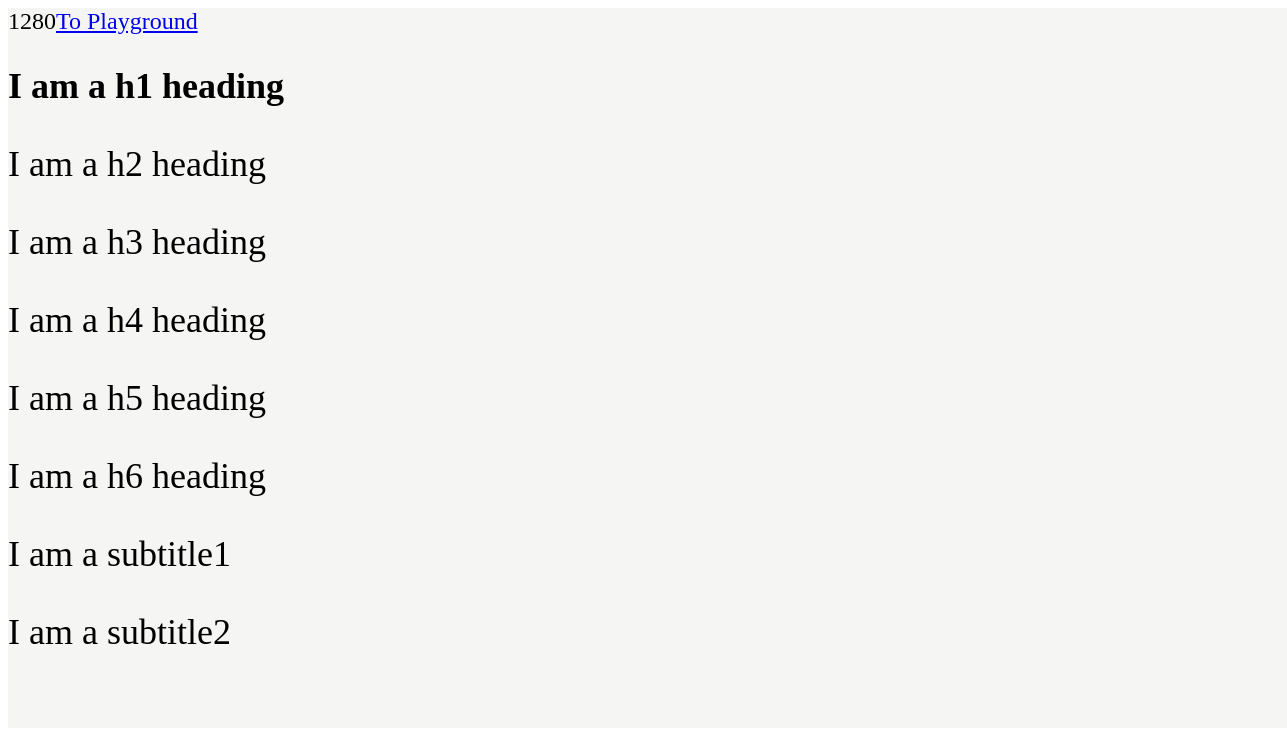
Repository: Terrycoco/coco-playground-starter
Page: /
The author's editor kept a copy of each file at every save. The page is drawn from the files as they stood at one save, then again after the next save.
The browser window is 1280 px wide. The page is 1287 px wide, so the pictures cover 1287 px, including what lies to the right of the window. The pictures show the whole page.
Some web fonts or font styles are not loaded; a fallback is used. The project was rebuilt for these pictures with package versions that can differ from the ones it lists, and the page was loaded fresh each time. The framework's server and built-in components were replaced by stand-ins that run in the browser. Also part of the build but not shown: next.config.js, src/dev/components/dropdowns/ColorDropdown.js, src/dev/components/dropdowns/FontDropdown.js, src/dev/components/dropdowns/Dropdown.js.

Above is the page before, as saved 2023-02-16 14:17:50.

### src/pages/_app.js
import "@/styles/globals.css";
import Head from "next/head";
import { ThemeProvider, ViewportProvider } from "@/context";
import "../libraries/fontawesome";
import { fontVariables } from "@/utils/fonts";
import CSSVariables from "@/styles/CSSVariables";

export default function App({ Component, pageProps }) {
  return (
    <div className={fontVariables}>
      <ViewportProvider>
        <ThemeProvider key="themeprovider">
          <CSSVariables>
            <Head>
              <meta
                name="viewport"
                content="width=device-width, initial-scale=1.0"
              />
            </Head>

            <Component {...pageProps} />
          </CSSVariables>
        </ThemeProvider>
      </ViewportProvider>
    </div>
  );
}

### src/pages/index.js
import Head from "next/head";
import Image from "next/image";
import { Inter } from "@next/font/google";
import Link from "next/link";
import Page from "@/components/layout/Page";
//import styles from "@/styles/Home.module.css";

import { ColorDropdown } from "@/dev/components/dropdowns";

const inter = Inter({ subsets: ["latin"] });

export default function Home() {
  return (
    <>
      <Head>
        <title>Create Next App</title>
        <meta name="description" content="Generated by create next app" />
        <meta name="viewport" content="width=device-width, initial-scale=1" />
        <link rel="icon" href="/favicon.ico" />
      </Head>
      <main>
        <Page>
          <Link
            type="button"
            className="inline-block px-6 py-2.5 bg-blue-600 text-white font-medium text-xs leading-tight uppercase rounded shadow-md hover:bg-blue-700 hover:shadow-lg focus:bg-blue-700 focus:shadow-lg focus:outline-none focus:ring-0 active:bg-blue-800 active:shadow-lg transition duration-150 ease-in-out"
            href="/playground"
          >
            To Playground
          </Link>
          <section style={{ maxWidth: "600px" }}>
            <h1 key={Math.random()} elem="h1">
              I am a h1 heading
            </h1>

            <p key={Math.random()} elem="h2">
              I am a h2 heading
            </p>
            <p key={Math.random()} elem="h3">
              I am a h3 heading
            </p>
            <p key={Math.random()} elem="h4">
              I am a h4 heading
            </p>

            <p key={Math.random()} elem="h5">
              I am a h5 heading
            </p>
            <p key={Math.random()} elem="h6">
              I am a h6 heading
            </p>
            <p key={Math.random()} elem="subtitle1">
              I am a subtitle1
            </p>
            <p key={Math.random()} elem="subtitle2">
              I am a subtitle2
            </p>
          </section>
        </Page>
      </main>
    </>
  );
}

### src/styles/globals.css
:root {
  font-size: calc(1em * var(--text-multiplier, 1));
}

p {
  font-size: calc(1em * var(--text-multiplier, 1));
}

@media (min-width: 480px) {
  :root {
    --text-multiplier: 1.25;
  }
}

@media (min-width: 640px) {
  :root {
    --text-multiplier: 1.5;
  }
}

/* :root {
  --max-width: 1100px;
  --border-radius: 12px;
  --font-mono: ui-monospace, Menlo, Monaco, "Cascadia Mono", "Segoe UI Mono",
    "Roboto Mono", "Oxygen Mono", "Ubuntu Monospace", "Source Code Pro",
    "Fira Mono", "Droid Sans Mono", "Courier New", monospace;

  --foreground-rgb: 0, 0, 0;
  --background-start-rgb: 214, 219, 220;
  --background-end-rgb: 255, 255, 255;

  --primary-glow: conic-gradient(
    from 180deg at 50% 50%,
    #16abff33 0deg,
    #0885ff33 55deg,
    #54d6ff33 120deg,
    #0071ff33 160deg,
    transparent 360deg
  );
  --secondary-glow: radial-gradient(
    rgba(255, 255, 255, 1),
    rgba(255, 255, 255, 0)
  );

  --tile-start-rgb: 239, 245, 249;
  --tile-end-rgb: 228, 232, 233;
  --tile-border: conic-gradient(
    #00000080,
    #00000040,
    #00000030,
    #00000020,
    #00000010,
    #00000010,
    #00000080
  );

  --callout-rgb: 238, 240, 241;
  --callout-border-rgb: 172, 175, 176;
  --card-rgb: 180, 185, 188;
  --card-border-rgb: 131, 134, 135;
}

@media (prefers-color-scheme: dark) {
  :root {
    --foreground-rgb: 255, 255, 255;
    --background-start-rgb: 0, 0, 0;
    --background-end-rgb: 0, 0, 0;

    --primary-glow: radial-gradient(rgba(1, 65, 255, 0.4), rgba(1, 65, 255, 0));
    --secondary-glow: linear-gradient(
      to bottom right,
      rgba(1, 65, 255, 0),
      rgba(1, 65, 255, 0),
      rgba(1, 65, 255, 0.3)
    );

    --tile-start-rgb: 2, 13, 46;
    --tile-end-rgb: 2, 5, 19;
    --tile-border: conic-gradient(
      #ffffff80,
      #ffffff40,
      #ffffff30,
      #ffffff20,
      #ffffff10,
      #ffffff10,
      #ffffff80
    );

    --callout-rgb: 20, 20, 20;
    --callout-border-rgb: 108, 108, 108;
    --card-rgb: 100, 100, 100;
    --card-border-rgb: 200, 200, 200;
  }
}

* {
  box-sizing: border-box;
  padding: 0;
  margin: 0;
}

html,
body {
  max-width: 100vw;
  overflow-x: hidden;
}

body {
  color: rgb(var(--foreground-rgb));
  background: linear-gradient(
      to bottom,
      transparent,
      rgb(var(--background-end-rgb))
    )
    rgb(var(--background-start-rgb));
}

a {
  color: inherit;
  text-decoration: none;
}

@media (prefers-color-scheme: dark) {
  html {
    color-scheme: dark;
  }
} */

### src/context/index.js
import { ThemeProvider } from "./ThemeContext";
import { ViewportProvider } from "./ViewportContext";

module.exports = { ThemeProvider, ViewportProvider };

### src/libraries/fontawesome.js
// import the library
import { library, config } from "@fortawesome/fontawesome-svg-core";

//import your icons
import { faSquare } from "@fortawesome/free-solid-svg-icons";

config.autoAddCss = false;

library.add(
  faSquare
  // more icons go here
);

### src/utils/fonts.js
import { toCamelCase, isOneOf } from "@/utils/strings";

//import from @next/font
import {
  Raleway,
  Inter,
  Space_Mono,
  Playfair_Display,
  Nunito,
  Rubik,
  Work_Sans,
  Quicksand,
  Karla,
  Josefin_Sans,
  //Noto_Sans_Bengali,
  Lora,
  Bitter,
  Roboto_Serif,
  //Noto_Serif_Bengali,
  // Noto_Sans_Display,
  // Noto_Serif_Display,
  Roboto_Mono,
  Comfortaa,
  Open_Sans,
  Oleo_Script,
  Sansita_Swashed,
  Roboto_Flex,
  Montserrat,
} from "@next/font/google";

//load each font (must do this manually UNFORTUNATELY!!!!)
const raleway = Raleway({
  subsets: ["latin"],
  variable: "--font-raleway",
});
const inter = Inter({
  subsets: ["latin"],
  variable: "--font-inter",
});
const spaceMono = Space_Mono({
  subsets: ["latin"],
  variable: "--font-space-mono",
  weight: "400",
});
const playfairDisplay = Playfair_Display({
  subsets: ["latin"],
  variable: "--font-playfair-display",
});
const nunito = Nunito({
  subsets: ["latin"],
  variable: "--font-nunito",
});
const rubik = Rubik({
  subsets: ["latin"],
  variable: "--font-rubik",
});
const workSans = Work_Sans({
  subsets: ["latin"],
  variable: "--font-work-sans",
});
const quicksand = Quicksand({
  subsets: ["latin"],
  variable: "--font-quicksand",
});
const karla = Karla({
  subsets: ["latin"],
  variable: "--font-karla",
});
const josefinSans = Josefin_Sans({
  subsets: ["latin"],
  variable: "--font-josefin-sans",
});
// const notoSansBengali = Noto_Sans_Bengali({
//   subsets: ["latin"],
//   variable: "--font-noto-sans-bengali",
// });
const lora = Lora({
  subsets: ["latin"],
  variable: "--font-lora",
});
const bitter = Bitter({
  subsets: ["latin"],
  variable: "--font-bitter",
});
const robotoSerif = Roboto_Serif({
  subsets: ["latin"],
  variable: "--font-roboto-serif",
});
// const notoSerifBengali = Noto_Serif_Bengali({
//   subsets: ["latin"],
//   variable: "--font-noto-serif-bengali",
// });

// const notoSansDisplay = Noto_Sans_Display({
//   subsets: ["latin"],
//   variable: "--font-noto-sans-display",
// });
// const notoSerifDisplay = Noto_Serif_Display({
//   subsets: ["latin"],
//   variable: "--font-noto-serif-display",
// });
const robotoMono = Roboto_Mono({
  subsets: ["latin"],
  variable: "--font-roboto_mono",
});
const comfortaa = Comfortaa({
  subsets: ["latin"],
  variable: "--font-comfortaa",
});
const openSans = Open_Sans({
  subsets: ["latin"],
  variable: "--font-open_sans",
});
const oleoScript = Oleo_Script({
  subsets: ["latin"],
  variable: "--font-oleo-script",
  weight: "400",
});
const sansitaSwashed = Sansita_Swashed({
  subsets: ["latin"],
  variable: "--font-sansita-swashed",
});
const robotoFlex = Roboto_Flex({
  subsets: ["latin"],
  variable: "--font-roboto-flex",
});
const montserrat = Montserrat({
  subsets: ["latin"],
  variable: "--font-montserrat",
});

//add the result to font list so we can access
const fonts = {
  raleway: {
    category: ["sans"],
    name: "Raleway",
    config: raleway,
  },
  inter: {
    category: ["sans"],
    name: "Inter",
    config: inter,
  },
  spaceMono: {
    category: ["mono"],
    name: "Space Mono",
    config: spaceMono,
  },
  playfairDisplay: {
    category: ["display"],
    name: "Playfair Display",
    config: playfairDisplay,
  },

  nunito: {
    category: ["sans"],
    name: "Nunito",
    config: nunito,
  },

  rubik: {
    category: ["sans"],
    name: "Rubik",
    config: rubik,
  },

  workSans: {
    category: ["sans"],
    name: "Work Sans",
    config: workSans,
  },
  quicksand: {
    category: ["sans"],
    name: "Quicksand",
    config: quicksand,
  },

  karla: {
    category: ["sans"],
    name: "Karla",
    config: karla,
  },
  josefinSans: {
    category: ["sans"],
    name: "Josefin Sans",
    config: josefinSans,
  },
  // notoSansBengali: {
  //   category: ["sans"],
  //   name: "Noto Sans Bengali",
  //   config: notoSansBengali,
  // },
  lora: {
    category: ["serif"],
    name: "Lora",
    config: lora,
  },
  bitter: {
    category: ["serif"],
    name: "Bitter",
    config: bitter,
  },
  robotoSerif: {
    category: ["serif"],
    name: "Roboto Serif",
    config: robotoSerif,
  },

  // notoSerifBengali: {
  //   category: ["serif"],
  //   name: "Noto Serif Bengali",
  //   config: notoSerifBengali,
  // },
  // notoSansDisplay: {
  //   category: ["display"],
  //   name: "Noto Sans Display",
  //   config: notoSansDisplay,
  // },
  // notoSerifDisplay: {
  //   category: ["display"],
  //   name: "Noto Serif Display",
  //   config: notoSerifDisplay,
  // },
  robotoMono: {
    category: ["mono"],
    name: "Roboto Mono",
    config: robotoMono,
  },
  comfortaa: {
    category: ["display"],
    name: "Comfortaa",
    config: comfortaa,
  },
  openSans: {
    category: ["display", "sans"],
    name: "Open Sans",
    config: openSans,
  },
  oleoScript: {
    category: ["display", "special"],
    name: "Oleo Script",
    config: oleoScript,
  },
  sansitaSwashed: {
    category: ["display", "special"],
    name: "Sansita Swashed",
    config: sansitaSwashed,
  },
  robotoFlex: {
    category: ["sans", "display", "special"],
    name: "Roboto Flex",
    config: robotoFlex,
  },
  montserrat: {
    category: ["sans", "display", "special"],
    name: "Montserrat",
    config: montserrat,
  },
};

//just return variables for use in _app (dev only)
const allFontVariables = () => {
  let result = ` `;
  for (const font in fonts) {
    result += `${fonts[font].config.variable} `;
  }
  return result;
};

//just return variables for use in _app (dev only)
const allFontClassNames = () => {
  let result = ` `;
  for (const font in fonts) {
    result += `${fonts[font].config.className} `;
  }
  return result;
};

const getFontsByCategory = () => {
  let result = {
    sans: [],
    serif: [],
    display: [],
    mono: [],
    special: [],
  };

  const fontKeys = Object.keys(fonts);

  fontKeys.forEach((fontkey) => {
    let fontObj = fonts[fontkey];

    for (const cat in fontObj.category) {
      let category = fontObj.category[cat];

      result[category].push(fontObj.name);
    }
  });

  result.sans.sort();
  result.serif.sort();
  result.display.sort();
  result.mono.sort();
  result.special.sort();
  // console.log("font list:", result);
  return result;
};

const getFontByName = (name) => {
  let varname = name.replace(" ", "");
  let key = varname[0].toLowerCase() + varname.substring(1);
  let obj = fonts[key];
  return obj;
};

const getFontClassName = (name) => {
  let obj = getFontByName(name);
  if (typeof obj === "object") {
    console.log(name, " classname:", obj.config.className);
    return obj.config.className;
  } else {
    return "";
  }
};

const getFontVariable = (name) => {
  let str = name.replaceAll(" ", "-").toLowerCase();
  return `var(--font-${str})`;
};

const getFontNameFromVar = (variable = "") => {
  if (variable.length === 0) return;
  let str = variable.slice(11, variable.length - 1);

  // TODO: futureproof list of theme categories
  if (isOneOf(str, ["body", "display", "special", "mono"])) {
    return str;
  }

  let words = str.split("-");
  words = words.map((word) => {
    return word[0].toUpperCase() + word.substring(1);
  });

  return words.join(" ");
};

const fontVariables = allFontVariables();
const fontClassNames = allFontClassNames();

export {
  getFontsByCategory,
  fontVariables,
  fontClassNames,
  fonts,
  getFontByName,
  getFontClassName,
  getFontVariable,
  getFontNameFromVar,
};

### src/styles/CSSVariables.js
//to create global CSS variables dependent on Theme
import styled from "styled-components";
import { useTheme } from "@/hooks";
import { fontVariables, getFontVariable } from "@/utils/fonts";

//TODO MAKE THIS DYNAMIC LOADING OF FONT CATEGORIES?
const Vars = styled.div`
  --font-body: ${(props) => props.theme.fonts.body};
  --font-display: ${(props) => props.theme.fonts.display};
  --font-special: ${(props) => props.theme.fonts.special};
  --font-mono: ${(props) => props.theme.fonts.mono};
  --clr-primary: ${(props) => props.theme.colors.primary};
  --clr-blackish75: ${(props) => props.theme.colors.blackish75};
`;

const CSSVariables = (props) => {
  const { theme } = useTheme();
  return <Vars theme={theme}>{props.children}</Vars>;
};

export default CSSVariables;

### src/components/layout/Page.js
import styled from "styled-components";
import { useTheme, useViewport } from "@/hooks";

let StyledPage = styled.div`
  min-height: 100vh;
  width: calc(100vw - 1px);
  overflow-x: hidden;
  overflow-y: auto;
  z-index: 0;
  background-color: white;
`;

const Page = (props) => {
  const { theme } = useTheme();
  const { width } = useViewport();
  const breakpoint = 620;

  return (
    <StyledPage
      style={theme.layout.page}
      {...props}
      onClick={(e) =>
        props.onClick ? props.onClick(e, "layout", "page") : null
      }
    >
      {width}
      {props.children}
    </StyledPage>
  );
};

export default Page;

### src/dev/components/dropdowns/index.js
import ColorDropdown from "./ColorDropdown";
import FontDropdown from "./FontDropdown";
import Dropdown from "./Dropdown";

module.exports = { ColorDropdown, FontDropdown, Dropdown };

### src/context/ThemeContext.js
import { createContext, useState, useContext } from "react";
import { initVariants } from "@/dev/utils/colorUtils";
import { currentTheme as mytheme } from "@/themes";

//create context object with defaults
export const ThemeContext = createContext({
  theme: {},
  setTheme: () => {},
});

//export Provider
export function ThemeProvider(props) {
  const setTheme = (theme) => {
    setState({ ...state, theme: theme });
  };
  const initState = {
    theme: initVariants(mytheme),
    setTheme: setTheme,
  };

  const [state, setState] = useState(initState);
  // console.log("initialTheme: , ", state);
  return (
    <ThemeContext.Provider value={state}>
      {props.children}
    </ThemeContext.Provider>
  );
}

//export useContext hook
export function useTheme() {
  return useContext(ThemeContext);
}

### src/context/ViewportContext.js
import { useContext, createContext, useState, useEffect } from "react";

export const viewportContext = createContext({});

export const ViewportProvider = ({ children }) => {
  const [width, setWidth] = useState(0); //avoid window not defined error

  const handleWindowResize = () => {
    setWidth(window.innerWidth);
  };

  useEffect(() => {
    //lets set initial size here
    setWidth(window.innerWidth);
    //and listen for changes
    window.addEventListener("resize", handleWindowResize);

    return () => window.removeEventListener("resize", handleWindowResize);
  }, []);

  return (
    <viewportContext.Provider value={{ width }}>
      {children}
    </viewportContext.Provider>
  );
};

export const useViewport = () => {
  const { width } = useContext(viewportContext);
  return { width };
};

### src/utils/strings.js
export function toCamelCase(str) {
  return str
    .split(" ")
    .map(function (word, index) {
      // If it is the first word make sure to lowercase all the chars.
      if (index == 0) {
        return word.toLowerCase();
      }
      // If it is not the first word only upper case the first char and lowercase the rest.
      return word.charAt(0).toUpperCase() + word.slice(1).toLowerCase();
    })
    .join("");
}

export function isOneOf(yourString, arrayToSearch) {
  return arrayToSearch.some((substring) => yourString.includes(substring));
}

### src/hooks/index.js
import useTheme from "@/hooks/useTheme";
import useViewport from "@/hooks/useViewport";

module.exports = { useTheme, useViewport };

### src/dev/utils/colorUtils.js
const getPctOfHex = (hex, pct) => {
  //incoming pct is pct opacity of orig color
  let inverted = 100 - pct;
  //convert incoming to hsl
  let hsl = hexToHSL(hex);

  //current lightness is 0%;
  let currentLightPct = hsl.l;
  let remainingLightPct = 100 - currentLightPct;
  let onepct = remainingLightPct / 100;
  let desiredPct = onepct * inverted + currentLightPct;
  let result = HSLToHex(hsl.h, hsl.s, desiredPct);
  return result;
};

function hexToHSL(H) {
  // Convert hex to RGB first
  let r = 0,
    g = 0,
    b = 0;
  if (H.length == 4) {
    r = "0x" + H[1] + H[1];
    g = "0x" + H[2] + H[2];
    b = "0x" + H[3] + H[3];
  } else if (H.length == 7) {
    r = "0x" + H[1] + H[2];
    g = "0x" + H[3] + H[4];
    b = "0x" + H[5] + H[6];
  }
  // Then to HSL
  r /= 255;
  g /= 255;
  b /= 255;
  let cmin = Math.min(r, g, b),
    cmax = Math.max(r, g, b),
    delta = cmax - cmin,
    h = 0,
    s = 0,
    l = 0;

  if (delta == 0) h = 0;
  else if (cmax == r) h = ((g - b) / delta) % 6;
  else if (cmax == g) h = (b - r) / delta + 2;
  else h = (r - g) / delta + 4;

  h = Math.round(h * 60);

  if (h < 0) h += 360;

  l = (cmax + cmin) / 2;
  s = delta == 0 ? 0 : delta / (1 - Math.abs(2 * l - 1));
  s = +(s * 100).toFixed(1);
  l = +(l * 100).toFixed(1);

  return { h: h, s: s, l: l };
}

function HSLToHex(h, s, l) {
  s /= 100;
  l /= 100;

  let c = (1 - Math.abs(2 * l - 1)) * s,
    x = c * (1 - Math.abs(((h / 60) % 2) - 1)),
    m = l - c / 2,
    r = 0,
    g = 0,
    b = 0;

  if (0 <= h && h < 60) {
    r = c;
    g = x;
    b = 0;
  } else if (60 <= h && h < 120) {
    r = x;
    g = c;
    b = 0;
  } else if (120 <= h && h < 180) {
    r = 0;
    g = c;
    b = x;
  } else if (180 <= h && h < 240) {
    r = 0;
    g = x;
    b = c;
  } else if (240 <= h && h < 300) {
    r = x;
    g = 0;
    b = c;
  } else if (300 <= h && h < 360) {
    r = c;
    g = 0;
    b = x;
  }
  // Having obtained RGB, convert channels to hex
  r = Math.round((r + m) * 255).toString(16);
  g = Math.round((g + m) * 255).toString(16);
  b = Math.round((b + m) * 255).toString(16);

  // Prepend 0s, if necessary
  if (r.length == 1) r = "0" + r;
  if (g.length == 1) g = "0" + g;
  if (b.length == 1) b = "0" + b;

  return "#" + r + g + b;
}

const updateVariants = (category, passedtheme) => {
  let newtheme = Object.assign({}, passedtheme);
  //just reset theme variants for one base
  let hex = passedtheme.colors[category];
  let keys = [75, 50, 25, 10, 5];

  if (!newtheme.hasOwnProperty("colorVariants")) {
    newtheme.colorVariants = {};
  }

  let variantsObj = newtheme.colorVariants;

  keys.forEach((key) => {
    let val = getPctOfHex(hex, key);
    let newkey = `${category}${key}`;
    variantsObj[newkey] = val;
  });

  //passedtheme.colors[category] = variants;
  // console.log("variants updated: ", newtheme);
  return newtheme;
};

export const initVariants = (passedtheme) => {
  // let newtheme = Object.assign({}, passedtheme);

  const myColors = Object.keys(passedtheme.colors);
  let newtheme;

  for (const idx in myColors) {
    let category = myColors[idx];
    //not for error or whitish
    if (category !== "error" && category !== "whitish") {
      newtheme = updateVariants(category, passedtheme);
    }
  } //end for

  //console.log("variants initialized", newtheme);
  return newtheme;
};

### src/themes/index.js
import learn from "./learn.js";

let currentTheme = learn;

module.exports = { currentTheme };

### src/hooks/useTheme.js
import { useTheme } from "@/context/ThemeContext";

export default useTheme;

### src/hooks/useViewport.js
import { useViewport } from "@/context/ViewportContext";

export default useViewport;

### src/themes/learn.js
export const screens = {
  xs: 0,
  mobile: "var(--lg-mobile)",
  tablet: "var(--tablet)",
  laptop: "var(--laptop)",
  desktop: "var(--desktop)",
  tv: "var(--tv)",
};

export const colors = {
  primary: "#fc3a79",
  secondary: "#fe572e",
  blackish: "#261f22",
  whitish: "#f5f5f4",
  error: "#dc2626",
};

export const colorVariants = {};

export const fonts = {
  body: "var(--font-montserrat)",
  display: "var(--font-josefin-sans)",
  special: "var(--font-oleo-script)",
  mono: "var(--font-space-mono)",
};

export const text = {
  h1: {
    color: colors.blackish,
    fontFamily: "var(--font-display)",
    fontSize: "6.063rem",
    fontWeight: "lighter",
    lineHeight: 1,
    letterSpacing: "-1.5px",
    wordSpacing: "-5px",
  },
  h2: {
    color: colors.blackish,
    fontFamily: "var(--font-display)",
    fontSize: "6.1rem",
    fontWeight: "lighter",
    lineHeight: 1.1,
    letterSpacing: "-0.5px",
  },
  h3: {
    color: colors.blackish,
    fontFamily: "var(--font-display)",
    fontSize: "4.8rem",
    fontWeight: "normal",
    lineHeight: 1.4,
    letterSpacing: 0,
  },
  h4: {
    color: colors.blackish,
    fontFamily: "var(--font-display)",
    fontSize: "3.4rem",
    fontWeight: "normal",
    lineHeight: 1.4,
    letterSpacing: ".25px",
  },
  h5: {
    color: colors.blackish,
    fontFamily: "var(--font-display)",
    fontSize: "2.4rem",
    fontWeight: "normal",
    lineHeight: 1.4,
    letterSpacing: 0,
  },
  h6: {
    color: colors.blackish,
    fontFamily: "var(--font-display)",
    fontSize: "2rem",
    fontWeight: "medium",
    lineHeight: 1.4,
    letterSpacing: ".15px",
  },
  subtitle1: {
    color: colors.blackish,
    fontFamily: "var(--font-display)",
    fontSize: "1.6rem",
    fontWeight: "normal",
    lineHeight: 1.4,
    letterSpacing: ".15px",
  },
  subtitle2: {
    color: colors.blackish,
    fontFamily: "var(--font-display)",
    fontSize: "1.4rem",
    fontWeight: "medium",
    lineHeight: 1.4,
    letterSpacing: ".1px",
  },
};

export const layout = {
  page: {
    backgroundColor: colors.whitish,
  },
};

let theme = { screens, colors, colorVariants, fonts, text, layout };

export default theme;

Loaded but not shown: src/pages/_document.js (common file)

After the next save:
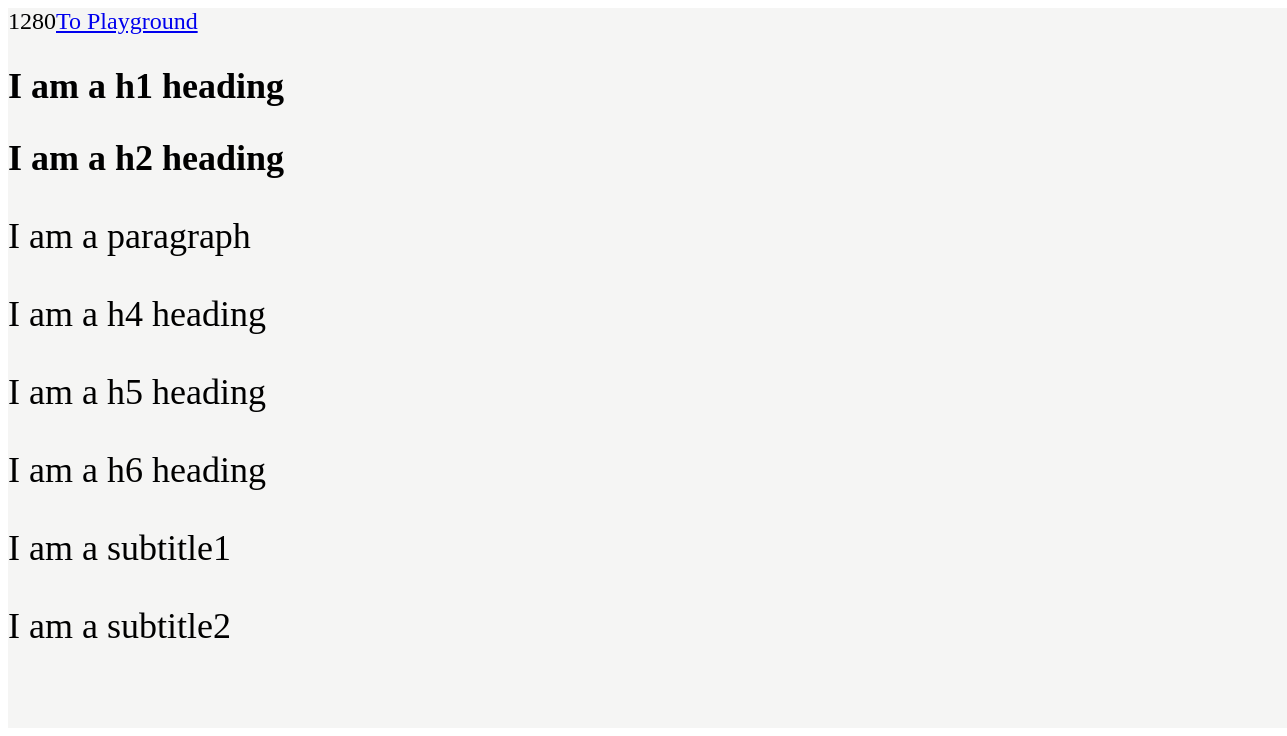
Saved 10 s later.
--- a/src/pages/index.js
+++ b/src/pages/index.js
@@ -32,11 +32,11 @@ export default function Home() {
               I am a h1 heading
             </h1>
 
-            <p key={Math.random()} elem="h2">
+            <h2 key={Math.random()} elem="h2">
               I am a h2 heading
-            </p>
+            </h2>
             <p key={Math.random()} elem="h3">
-              I am a h3 heading
+              I am a paragraph
             </p>
             <p key={Math.random()} elem="h4">
               I am a h4 heading
